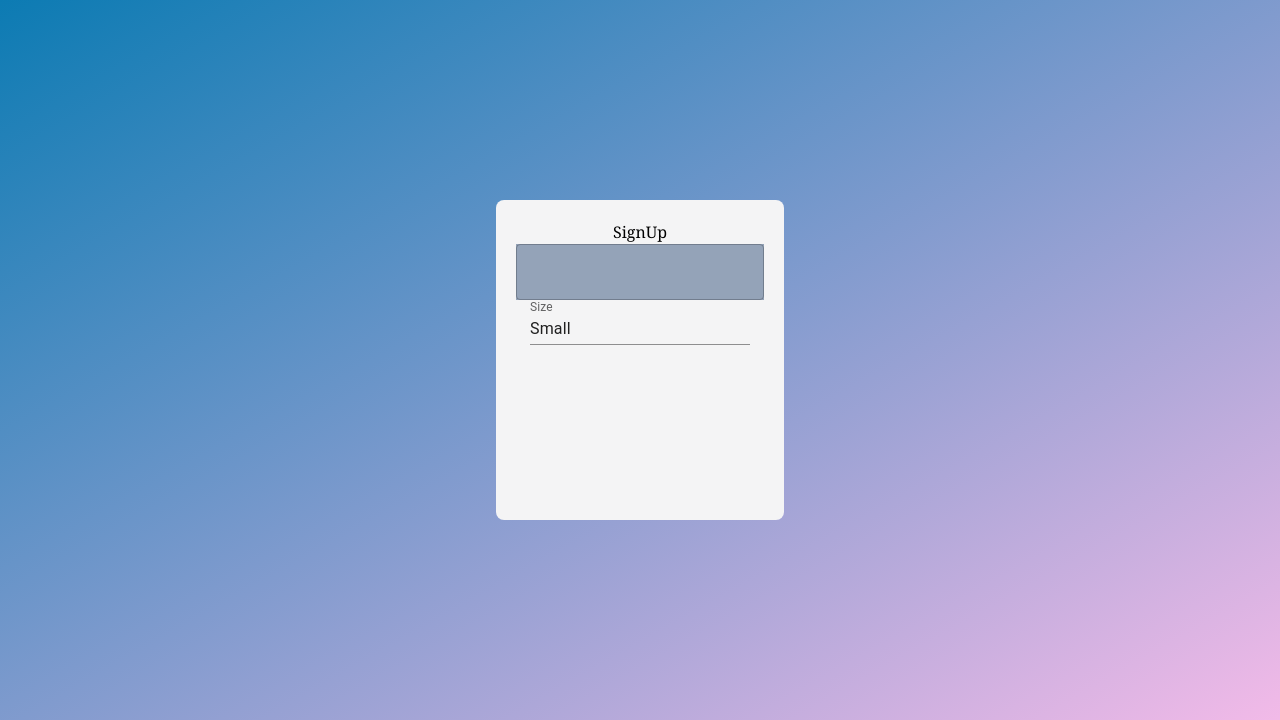
Repository: dhanapal2205/sazsfinance
Page: /SignUp
The author's editor kept a copy of each file at every save. The page is drawn from the files as they stood at one save, then again after the next save.
The browser window is 1280 px wide. The pictures show the whole page.
The project was rebuilt for these pictures with package versions that can differ from the ones it lists, and the page was loaded fresh each time. The framework's server and built-in components were replaced by stand-ins that run in the browser. Also part of the build but not shown: next.config.js.

Above is the page before, as saved 2023-04-07 10:57:08.

### pages/SignUp.js
import { TextField } from '@mui/material'
import React from 'react'

const SignUp = () => {
  return (
    <div className=' bg-gradient-to-tl from-[#F2BAE8]  to-[#0C7BB3]  h-screen flex'>

     <div className=' w-72 h-80 bg-zinc-100  rounded-lg m-auto justify-center'>
      <div className='place-items-center flex flex-col mt-5 ' >
        <p className='font-sans md:font-serif ' > SignUp</p>
<TextField className='bg-slate-400 hover:bg-white place-content-center  ' />
<TextField
          label="Size"
          id="standard-size-small"
          defaultValue="Small"
          size="small"
          variant="standard"
        />

      </div>

     </div>

      </div>



  )
}

export default SignUp

Loaded but not shown: pages/_app.js (common file); pages/_document.js (common file); styles/globals.css (common file); tailwind.config.js (common file)

After the next save:
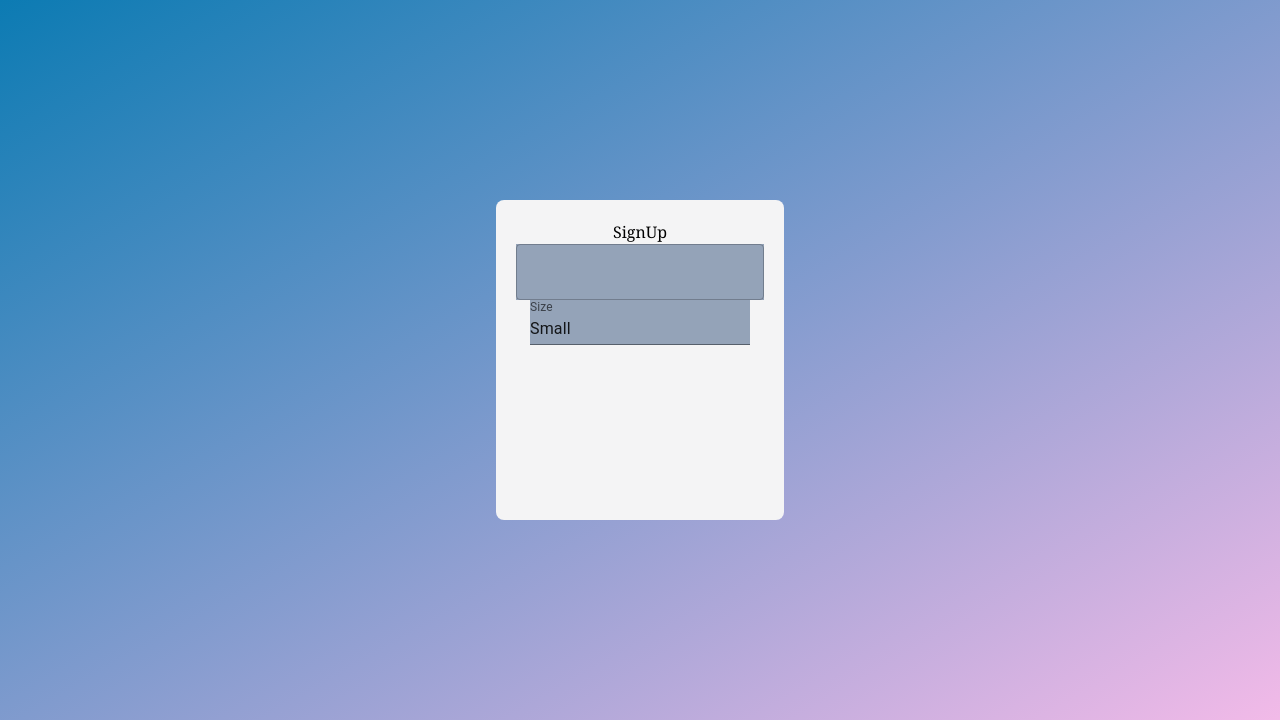
Saved 43 s later.
--- a/pages/SignUp.js
+++ b/pages/SignUp.js
@@ -10,6 +10,7 @@ const SignUp = () => {
         <p className='font-sans md:font-serif ' > SignUp</p>
 <TextField className='bg-slate-400 hover:bg-white place-content-center  ' />
 <TextField
+className='bg-slate-400 hover:bg-white place-content-center '
           label="Size"
           id="standard-size-small"
           defaultValue="Small"
